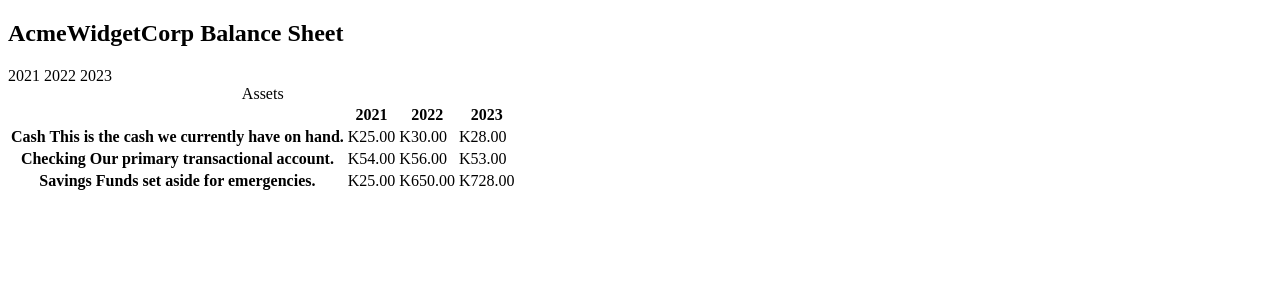
Repository: Lungdjos/balance_shee
Page: index.html
These files come from the project's save history. The page is drawn as it stood at one moment and after the next save; the edit follows.
The browser window is 1280 px wide. The pictures show the whole page.

Above is the page before, as saved 2023-10-31 08:52:58.

After the next save:
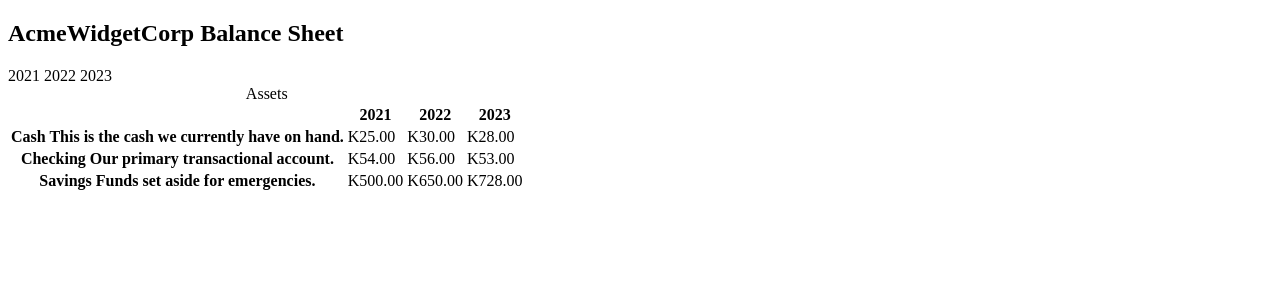
Saved 5 s later.
--- a/index.html
+++ b/index.html
@@ -54,7 +54,7 @@
                             <th>
                                 Savings <span class="description">Funds set aside for emergencies.</span>
                             </th>
-                            <td>K25.00</td>
+                            <td>K500.00</td>
                             <td>K650.00</td>
                             <td class="current">K728.00</td>
                         </tr>
